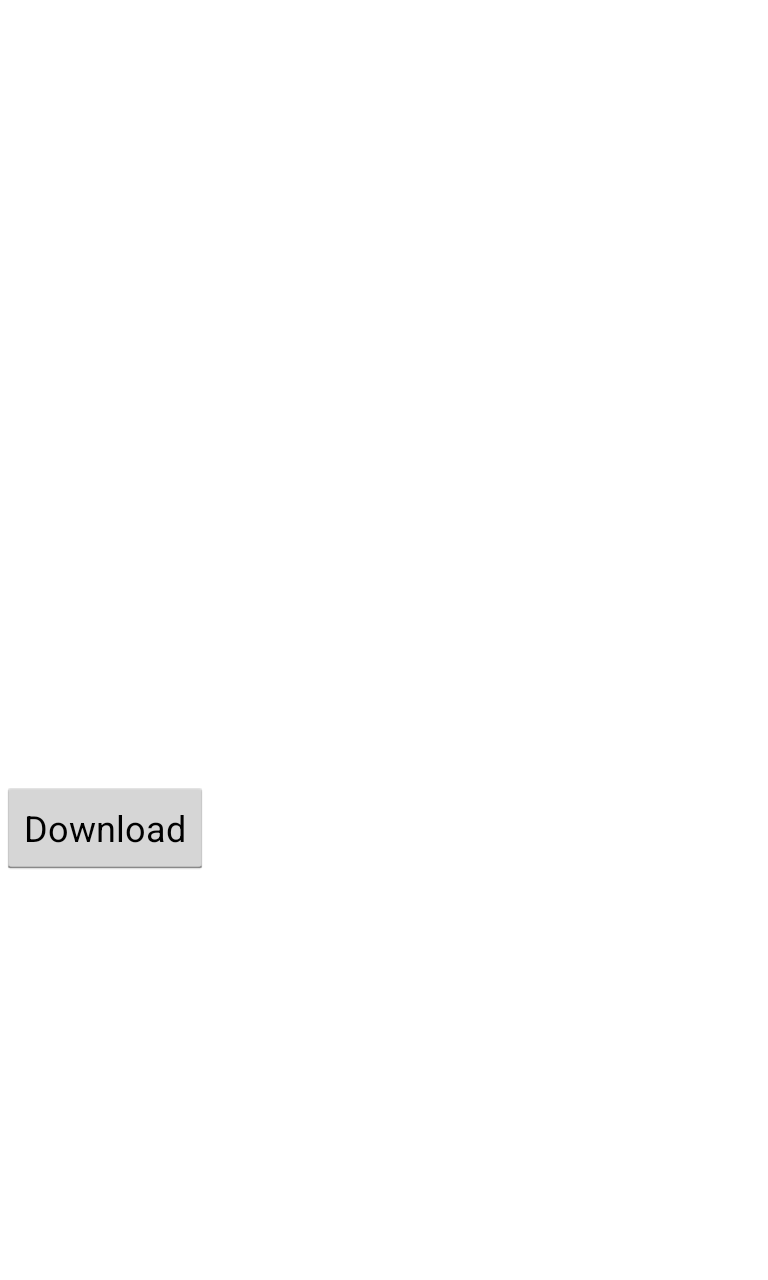
Repository: Liu-D-Henrry/Android
Layout: DemoAsyncTask/res/layout/async_task_test.xml
An editor plug-in stored every save of this project. The layout is shown before and after the next save, followed by the edit.
It is drawn on a 768 x 1280 px phone screen (xhdpi) without system bars, with theme AppTheme; the app's code is not run.

Above is the layout before, as saved 2013-08-29 02:44:42.

### DemoAsyncTask/res/layout/async_task_test.xml
<?xml version="1.0" encoding="utf-8"?>
<LinearLayout xmlns:android="http://schemas.android.com/apk/res/android"
    android:layout_width="match_parent"
    android:layout_height="match_parent"
    android:orientation="vertical" >

    <ScrollView
        android:layout_width="match_parent"
        android:layout_height="370dp"
        android:layout_marginTop="10dp" >

    	<TextView
        	android:id="@+id/content"
        	android:layout_width="match_parent"
        	android:layout_height="wrap_content" />

    </ScrollView>

    <Button
        android:id="@+id/download"
        android:layout_width="wrap_content"
        android:layout_height="wrap_content"
        android:layout_marginTop="10dp"
        android:layout_marginBottom="10dp"
        android:text="@string/button" />

</LinearLayout>

### DemoAsyncTask/res/values/strings.xml
<?xml version="1.0" encoding="utf-8"?>
<resources>

    <string name="app_name">DemoAsyncTask</string>
    <string name="action_settings">Settings</string>
    <string name="hello_world">Hello world!</string>

    <string name="button">Download</string>

</resources>

Loaded but not shown: DemoAsyncTask/res/values/styles.xml (common file); DemoAsyncTask/res/values-v11/styles.xml (common file); DemoAsyncTask/res/values-v14/styles.xml (common file)

After the next save:
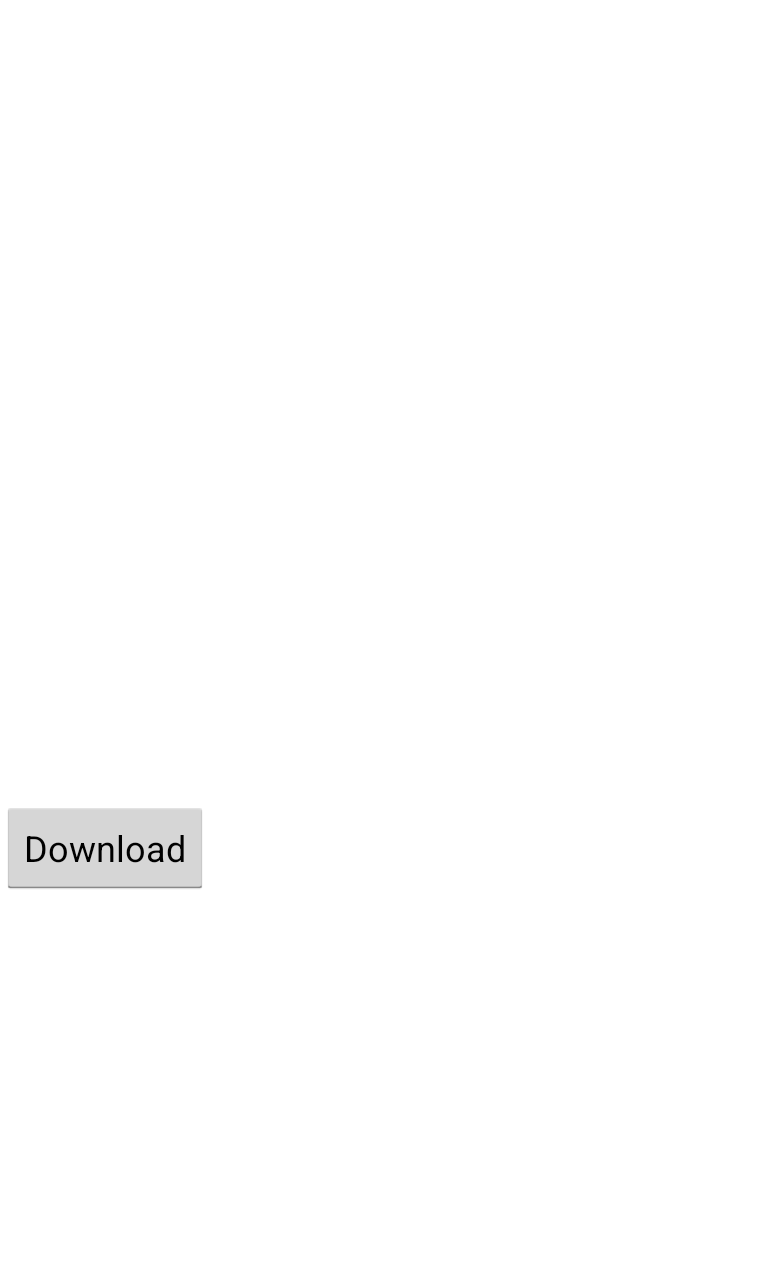
Saved 6 s later.
--- a/DemoAsyncTask/res/layout/async_task_test.xml
+++ b/DemoAsyncTask/res/layout/async_task_test.xml
@@ -6,7 +6,7 @@
 
     <ScrollView
         android:layout_width="match_parent"
-        android:layout_height="370dp"
+        android:layout_height="380dp"
         android:layout_marginTop="10dp" >
 
     	<TextView
